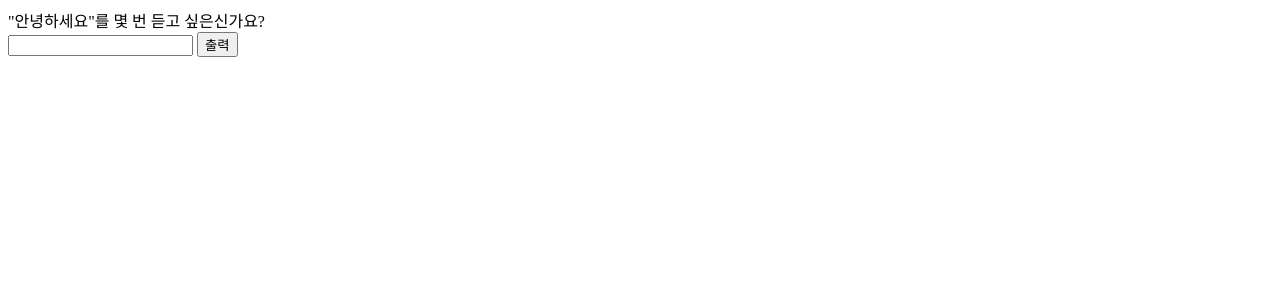
Repository: bluesky3268/Servlet_Jsp
Page: JSPPrj/WebContent/reg.html
These files come from the project's save history. The page is drawn as it stood at one moment and after the next save; the edit follows.
The browser window is 1280 px wide. The pictures show the whole page.

Above is the page before, as saved 2021-02-17 10:43:00.

### JSPPrj/WebContent/reg.html
<!DOCTYPE html>
<html>
<head>
<meta charset="UTF-8">
<title>Insert title here</title>
</head>
<body>
<div>
	<form action="hello_">
		<div>
			<label>"안녕하세요"를 몇 번 듣고 싶은신가요?</label>
		</div>
		<div>
			<input type = "text" name = "cnt" />
			<input type = "submit" value = "출력" />
		</div>
	</form>
</div>
</body>
</html>

After the next save:
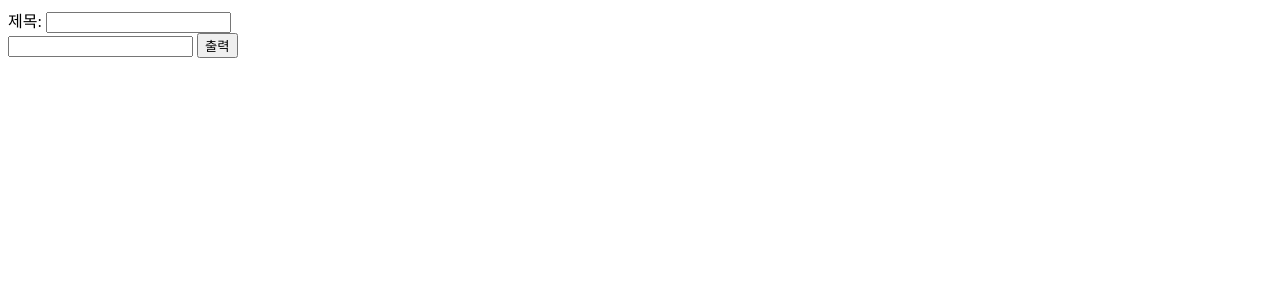
Saved 5 min 2 s later.
--- a/JSPPrj/WebContent/reg.html
+++ b/JSPPrj/WebContent/reg.html
@@ -6,9 +6,9 @@
 </head>
 <body>
 <div>
-	<form action="hello_">
+	<form action="notice-reg">
 		<div>
-			<label>"안녕하세요"를 몇 번 듣고 싶은신가요?</label>
+			<label>제목: </label><input type = "text">
 		</div>
 		<div>
 			<input type = "text" name = "cnt" />
